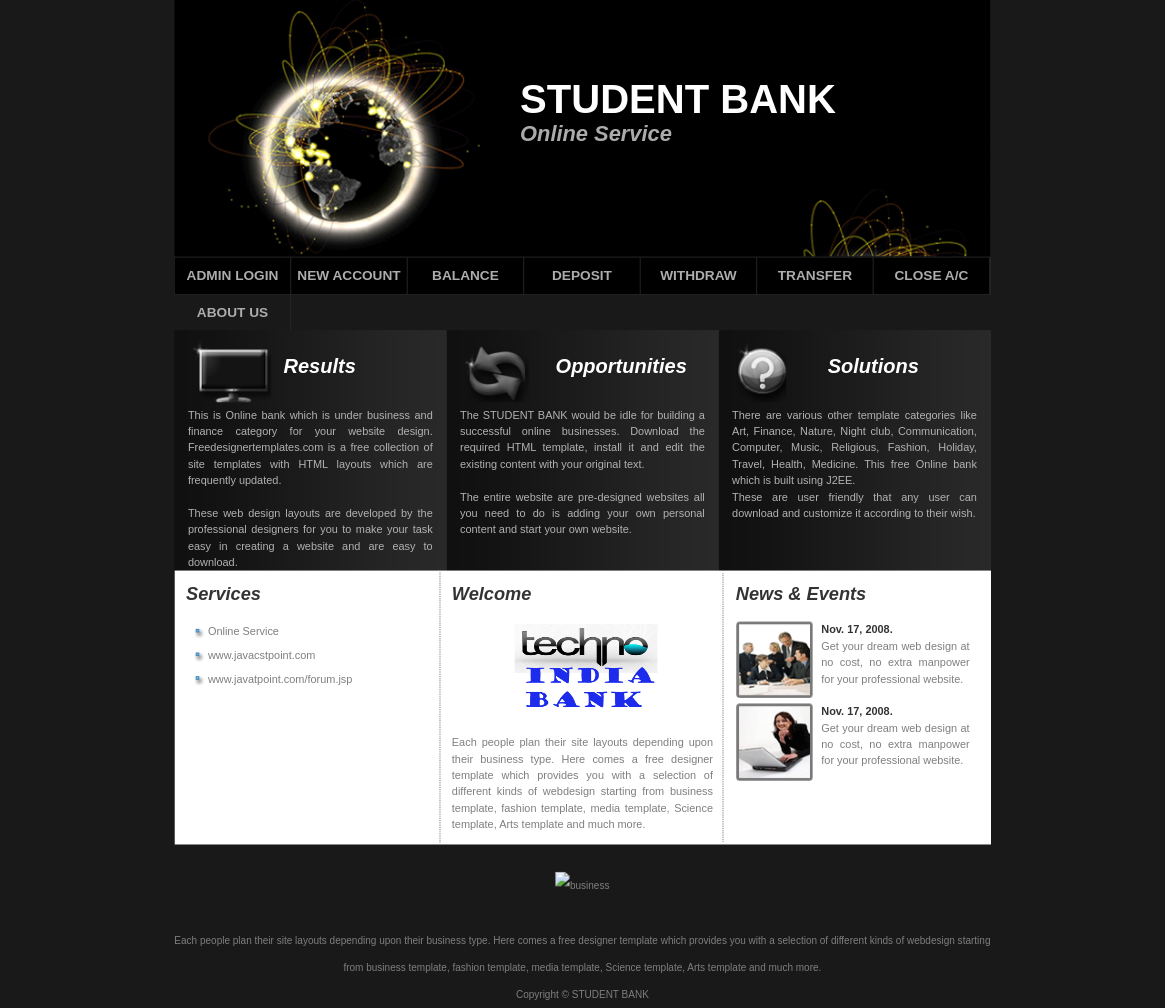
Repository: subhamsourabh265/collegeProjects
Page: OnlineBankingSystems/WebContent/index.html
The author's editor kept a copy of each file at every save. The page is drawn from the files as they stood at one save, then again after the next save.
The browser window is 1280 px wide. The pictures show the whole page, at 91% of full size.

Above is the page before, as saved 2015-12-01 18:55:44.

### OnlineBankingSystems/WebContent/index.html
<!DOCTYPE HTML PUBLIC "-//W3C//DTD HTML 4.01 Transitional//EN" "http://www.w3.org/TR/html4/loose.dtd">
<html>
<head>
<meta http-equiv="Content-Type" content="text/html; charset=utf-8">
<title>Online Banking</title>
<link href="style.css" rel="stylesheet" type="text/css">
<script type="text/javascript">
function ctck()
{
var sds = document.getElementById("dum");

}
</script>

</head>

<body>

<div id="top_links">


<div id="header">
	<h1>STUDENT BANK<span class="style1"></span></h1>
    <h2>Online Service</h2>

</div>

<div id="navigation">
    <ul>
    <li><a href="mylogin.html">ADMIN LOGIN</a></li>
    <li><a href="create.html">NEW ACCOUNT</a></li>
    <li><a href="balance1.jsp">BALANCE</a></li>
    <li><a href="deposit1.jsp">DEPOSIT</a></li>
    <li><a href="withdraw1.jsp">WITHDRAW</a></li>
    <li><a href="transfer1.jsp">TRANSFER</a></li>
    <li><a href="closeac1.jsp">CLOSE A/C</a></li>
    <li><a href="about.jsp">ABOUT US</a></li>
    </ul>
</div>

<table cellpadding="0" cellspacing="0" id="content1"><tr align="justify">
	<td class="con" valign="top">
    	<div id="heade1"><h1>Results</h1></div>
        <p>This is Online bank which is under business and finance category for your website design. Freedesignertemplates.com is a free collection of site templates with HTML layouts which are frequently updated.<br><br>
        These web design layouts are developed by the professional designers for you to make your task easy in creating a website and are easy to download.


</p>
    </td>

    <td class="con" valign="top">
    	<div id="heade2"><h1>Opportunities</h1></div>
        <p> The  STUDENT BANK would be idle for building a successful online businesses.  Download the required HTML template, install it and edit the existing content with your original text.<br><br>

The entire website   are pre-designed websites all you need to do is adding your own personal content and start your own website.

</p>
    </td>

    <td class="con" valign="top">
    	<div id="heade3"><h1>Solutions</h1></div>
        <p>There are various other template categories like Art, Finance, Nature, Night club, Communication, Computer, Music, Religious, Fashion, Holiday, Travel, Health, Medicine. This free Online bank which is built using J2EE.<br>

        These   are user friendly that any user can download and customize it according to their wish.

    </td>
</tr></table>

<table style="width:897px; background:#FFFFFF; margin:0 auto;"><tr align="justify">
	<td width="299" valign="top" style="border-right:#666666 1px dotted;">
    	<div id="services"><h1>Services</h1><br>
		    <ul>
        	<li><a href="#">Online Service</a></li>
            <li><a href="#">www.javacstpoint.com </a></li>
            <li><a href="#">www.javatpoint.com/forum.jsp</a></li>
            </ul>

       </div>
	</td>

    <td width="299" valign="top">
    	<div id="welcome" style="border-right:#666666 1px dotted;"><h1>Welcome</h1><br>
    	    <center><img src="images/techno.jpg" alt="business" width="196" height="106"></center><br>
		    <p>Each people plan their site layouts depending upon their business type. Here comes a free designer template which provides you with a selection of different kinds of webdesign   starting from business template, fashion template, media template, Science template, Arts template and much more.</p>

	    </div>
    </td>

    <td width="299" valign="top">
   	  <div id="news"><h1>News &amp; Events</h1><br>
      	<div class="img"><img src="images/globe_12.gif" alt="Business"></div>
        <h2>Nov. 17, 2008.</h2>
        <p>Get your dream web design at no cost, no extra manpower for your professional website.</p><br>
        <div class="img"><img src="images/globe_16.gif" alt="Business"></div>
        <h2>Nov. 17, 2008.</h2>
        <p>Get your dream web design at no cost, no extra manpower for your professional website.</p>

      </div>

     </td>
</tr></table>

<div id="footer_top">
  <div id="footer_navigation">


  </div>

  <div id="footer_copyright" >

    	    <center><img  alt="business"  width="196" height="106"></center><br>
		    <p>Each people plan their site layouts depending upon their business type. Here comes a free designer template which provides you with a selection of different kinds of webdesign   starting from business template, fashion template, media template, Science template, Arts template and much more.</p>

  Copyright © STUDENT BANK</div>
</div>

<script type="text/javascript">
document.onload = ctck();
</script>
</div>

</body>
</html>

### OnlineBankingSystems/WebContent/style.css
@charset "utf-8";
/* CSS Document */

body{
	margin:0;
	color:#232323;
	background:#191919;
}
div, h1, h2, h3, h4, p, form, label, input, textarea, img, span{
	margin:0; padding:0;
}

ul{
	margin:0;
	padding:0;
	list-style-type:none;
	font-size:0;
	line-height:0;
}


.spacer{
	clear:both;
	font-size:0;
	line-height:0;
}
.more
{
font:normal 11px/18px Arial, Helvetica, sans-serif;
color:#00d09d;
text-decoration:none;
padding-left:230px;
}
.style1{color:#00d09d;}
/*------------------------------------------------body--------------------*/

#top_links
{
margin:0 auto;
padding:0px;
width:900px;
height:40px;
}
#top_linksin
{
padding:10px 0 0 0;
width:310px;
height:18px;
float:right;
}

#top_linksin ul
{
list-style:none;
margin:0 0 0 40px;
}
#top_linksin ul li
{
font:normal 11px/10px Arial, Helvetica, sans-serif;
color:#FFFFFF;
border-right:#7f7f7f 1px solid;
padding:0 15px;
float:left;
}
#top_linksin ul li a
{
text-decoration:none;
display:block;
color:#7f7f7f;
}
#top_linksin ul li a:hover
{
text-decoration:none;
display:block;
color:#FFFFFF;
}

#header
{
margin:0 auto;
background:#000 url(images/globe_03.gif) 0 0 no-repeat;
width:897px;
height:282px;
}
#header h1
{
font:bold 44px/18px Arial, Helvetica, sans-serif;
color:#FFFFFF;
padding:100px 0 0 380px;
}
#header h2
{
font:bold italic 24px/18px Arial, Helvetica, sans-serif;
color:#ababab;
padding:20px 0 0 380px;
}

#navigation
{
margin:0 auto;
width:896px;
height:40px;
background:#000;
border:1px solid #282828;
}
#navigation ul
{
list-style:none;
}
#navigation ul li
{
color:#adadad;
float:left;
text-align:center;
font:bold 15px/40px Arial, Helvetica, sans-serif;
width:127px;
border-right:1px solid #282828;
}
#navigation ul li a
{
text-decoration:none;
display:block;
color:#adadad;
}
#navigation ul li a:hover
{
color:#FFFFFF;
}
#navigation ul li.last
{
border:none;
float:left;
}

#content1
{
width:897px;
margin:0 auto;
background:url(images/globe_05.jpg) 0 0 repeat-y;
}
#content1 h1
{
font:bold italic 22px/79px Arial, Helvetica, sans-serif;
color:#ffffff;
padding-left:30px;
}
#content1 p
{
font:normal 12px/18px Arial, Helvetica, sans-serif;
color:#b2b2b2;
padding:5px 15px 0 15px;
}
.con
{
background:url(images/globe_06.jpg) 0 0 repeat-y;
width:290px;
}
#heade1
{
width:167px;
height:79px;
background:url(images/image_03.gif) 20px 10px no-repeat;
padding-left:90px;
}
#heade2
{
width:167px;
height:79px;
background:url(images/image_04.gif) 20px 10px no-repeat;
padding-left:90px;
}
#heade3
{
width:167px;
height:79px;
background:url(images/image_05.gif) 20px 5px no-repeat;
padding-left:90px;
}
#services
{
width:257px;
padding:10px;
}
#services h1
{
font:bold italic 20px/25px Arial, Helvetica, sans-serif;
color:#333333;
}
#services ul
{
list-style:none;
margin-left:8px;
}
#services ul li
{
font:normal 12px/22px Arial, Helvetica, sans-serif;
color:#FFFFFF;
display:block;
padding:0 0 4px 16px;
background:url(images/bullet.png) left center no-repeat;
}
#services ul li a
{
text-decoration:none;
display:block;
color:#7f7f7f;
}
#services ul li a:hover
{
text-decoration:none;
display:block;
color:#000000;
}
#welcome
{
width:287px;
padding:10px;
}
#welcome h1
{
font:bold italic 20px/25px Arial, Helvetica, sans-serif;
color:#333333;
}
#welcome p
{
font:normal 12px/18px Arial, Helvetica, sans-serif;
color:#7f7f7f;
}
#news
{
width:257px;
padding:10px;
}
#news h1
{
font:bold italic 20px/25px Arial, Helvetica, sans-serif;
color:#333333;
}
.img
{
float:left;
padding-right:10px;
}
#news h2
{
font:bold 12px/18px Arial, Helvetica, sans-serif;
color:#333333;
}
#news p
{
font:normal 12px/18px Arial, Helvetica, sans-serif;
color:#7f7f7f;
}

#footer_navigation
{
width:500px;
height:30px;
margin:0 auto;
}
#footer_navigation ul li
{
width:80px;
font: normal 12px/30px Arial, Helvetica, sans-serif;
color:#7d9942;
float:left;
}
#footer_navigation ul li a
{
text-decoration:none;
color:#7f7f7f;
height:30px;
}
#footer_navigation ul li a:hover
{
text-decoration:none;
color:#ffffff;
height:49px;
}
#footer_copyright
{
color: #7f7f7f;
font: normal 11px/30px Arial, Helvetica, sans-serif;
margin:0 auto;
text-align:center;
}

#footer_design
{
color: #ffffff;
font: normal 11px/25px Arial, Helvetica, sans-serif;
margin:0 auto;
text-align:center;
width:100%;
background:#000000;
}
#footer_design a
{
color: #b6ff06;
text-decoration:none;
}
#footer_design a:hover
{
color: #b6ff06;
text-decoration:underline;
}

After the next save:
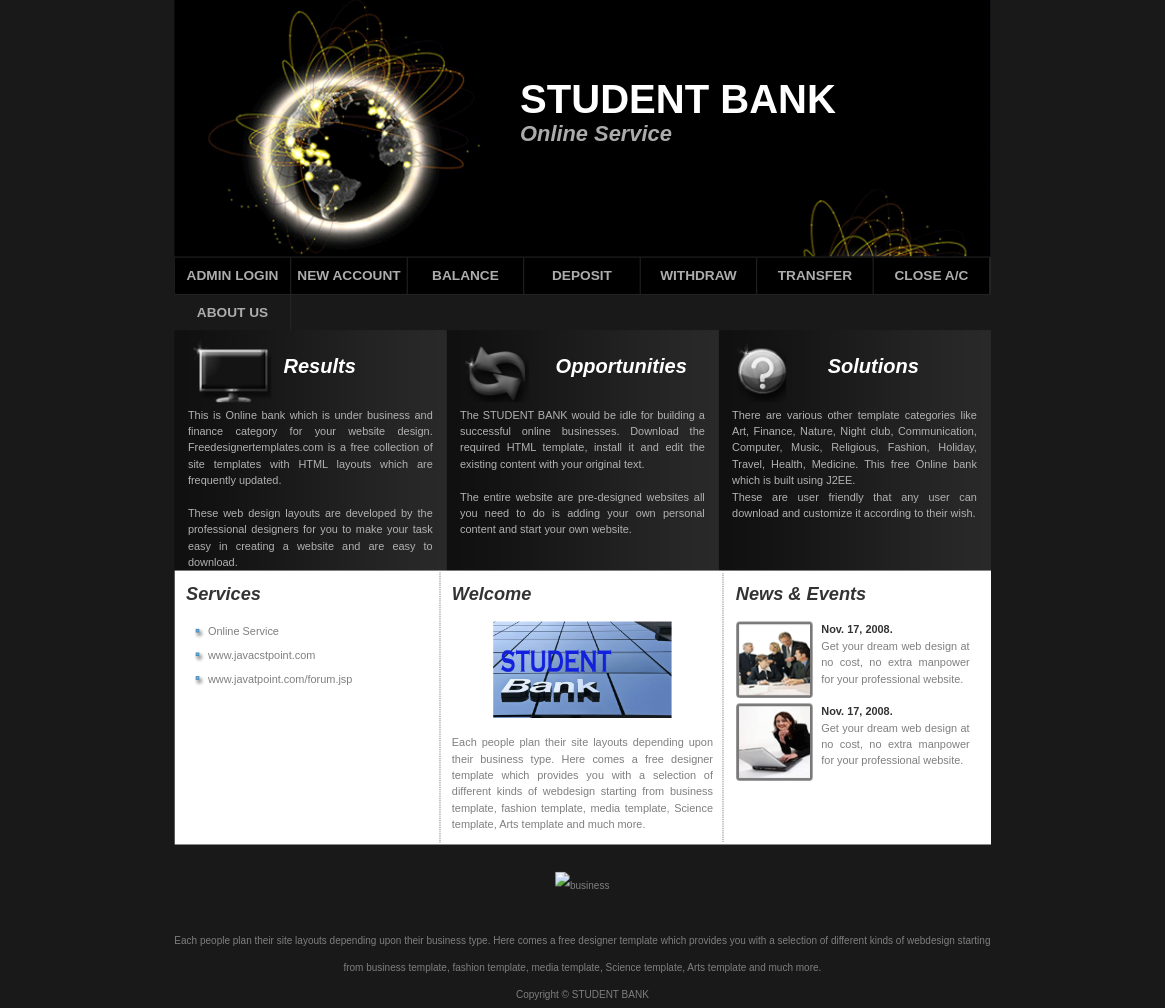
Saved 2 min 41 s later.
--- a/OnlineBankingSystems/WebContent/index.html
+++ b/OnlineBankingSystems/WebContent/index.html
@@ -80,7 +80,7 @@
 
     <td width="299" valign="top">
     	<div id="welcome" style="border-right:#666666 1px dotted;"><h1>Welcome</h1><br>
-    	    <center><img src="images/techno.jpg" alt="business" width="196" height="106"></center><br>
+    	    <center><img src="images/bank2.jpg" alt="business" width="196" height="106"></center><br>
 		    <p>Each people plan their site layouts depending upon their business type. Here comes a free designer template which provides you with a selection of different kinds of webdesign   starting from business template, fashion template, media template, Science template, Arts template and much more.</p>
 
 	    </div>
